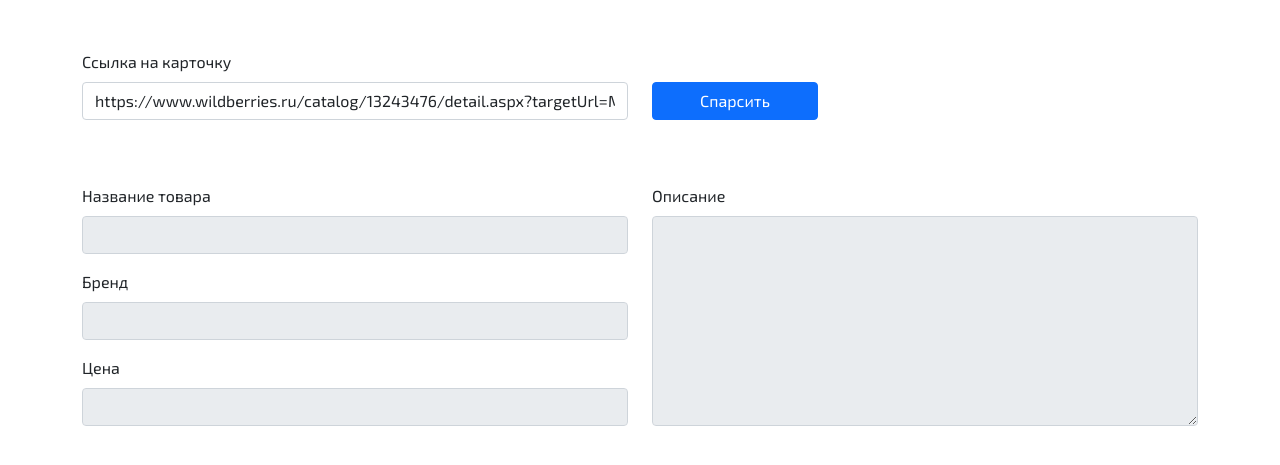
Repository: yozuul/wildberries-product-card-parser-api-exchange
Page: public/panel.html
The author's editor kept a copy of each file at every save. The page is drawn from the files as they stood at one save, then again after the next save.
The browser window is 1280 px wide. The pictures show the whole page.

Above is the page before, as saved 2021-08-19 19:49:18.

After the next save:
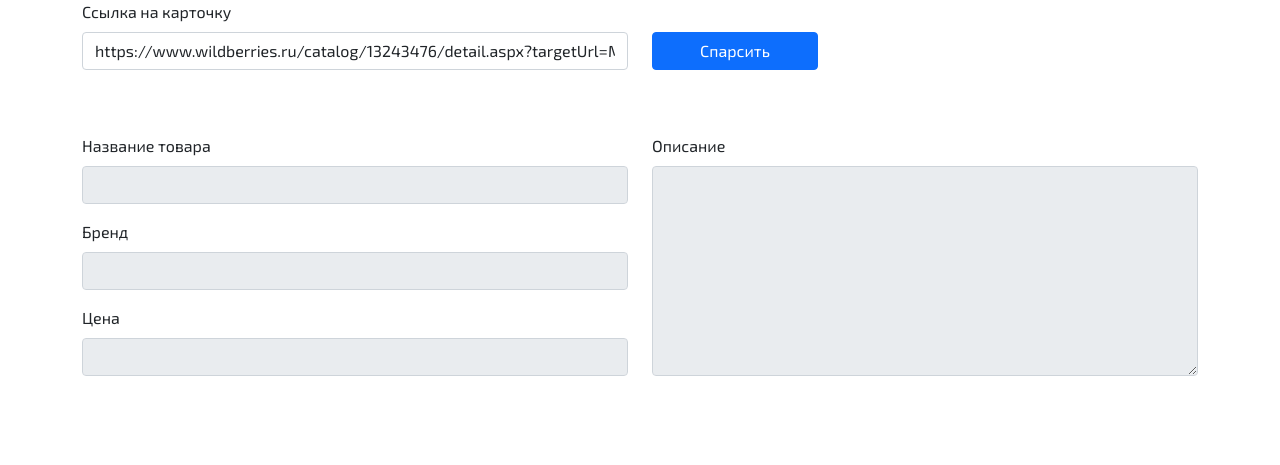
Saved 4 min 59 s later.
--- a/public/panel.html
+++ b/public/panel.html
@@ -13,15 +13,15 @@
 
 <body>
    <div class="container">
-      <div class="row parser_form_wrapper align-items-end">
+      <div class="row align-items-end">
          <div class="mb-3 col-6">
             <label for="cardProductURL" class="form-label">Ссылка на карточку</label>
             <input type="text" class="form-control" id="cardProductURL" value="https://www.wildberries.ru/catalog/13243476/detail.aspx?targetUrl=MI">
          </div>
          <div class="col-2 mb-3">
             <button id="parseCard" class="btn btn-primary col-12">
-               <span id="parseCardInactive">Спарсить</span>
-               <div id="parseCardActive" class="spinner dn">
+               <span id="parseCard_inactive">Спарсить</span>
+               <div id="parseCard_active" class="spinner dn">
                   <span class="sr-only">Парсим</span>
                   <span class="spinner-grow spinner-grow-sm" role="status" aria-hidden="true"></span>
                </div>
@@ -29,8 +29,8 @@
          </div>
          <div class="col-2 mb-3">
             <button id="saveCard" class="btn btn-success col-12 dn">
-               <span id="saveCardInactive">Добавить</span>
-               <div id="saveCardActive" class="spinner dn">
+               <span id="saveCard_inactive">Добавить</span>
+               <div id="saveCard_active" class="spinner dn">
                   <span class="sr-only">Добавляем</span>
                   <span class="spinner-grow spinner-grow-sm" role="status" aria-hidden="true"></span>
                </div>
@@ -47,8 +47,8 @@
                <input type="text" class="form-control" id="productName" readonly>
             </div>
 
-            <div id="productCategoryWrapper" class="row mb-3 dn">
-               <div class="col-6">
+            <div class="row mb-3 dn">
+               <div id="productCategory_wrapper" class="col-6">
                   <label for="productCategory" class="form-label">Категория</label>
                   <select id="productCategory" class="form-select">
                      <option selected>Open this select menu</option>
@@ -57,12 +57,16 @@
                      <option value="3">Three</option>
                    </select>
                </div>
-               <div class="col-6">2</div>
+               <div id="productTnved_warapper" class="col-6">
+                  <label for="productTnved" class="form-label">Тнвэд</label>
+                  <select id="productTnved" class="form-select">
+                     <option selected>Open this select menu</option>
+                     <option value="1">One</option>
+                     <option value="2">Two</option>
+                     <option value="3">Three</option>
+                   </select>
+               </div>
             </div>
-            <!-- <div class="mb-3">
-               <label for="productCategory" class="form-label">Категория</label>
-               <input type="text" class="form-control" id="productBrand" readonly>
-            </div> -->
 
             <div class="mb-3">
                <label for="productBrand" class="form-label">Бренд</label>
